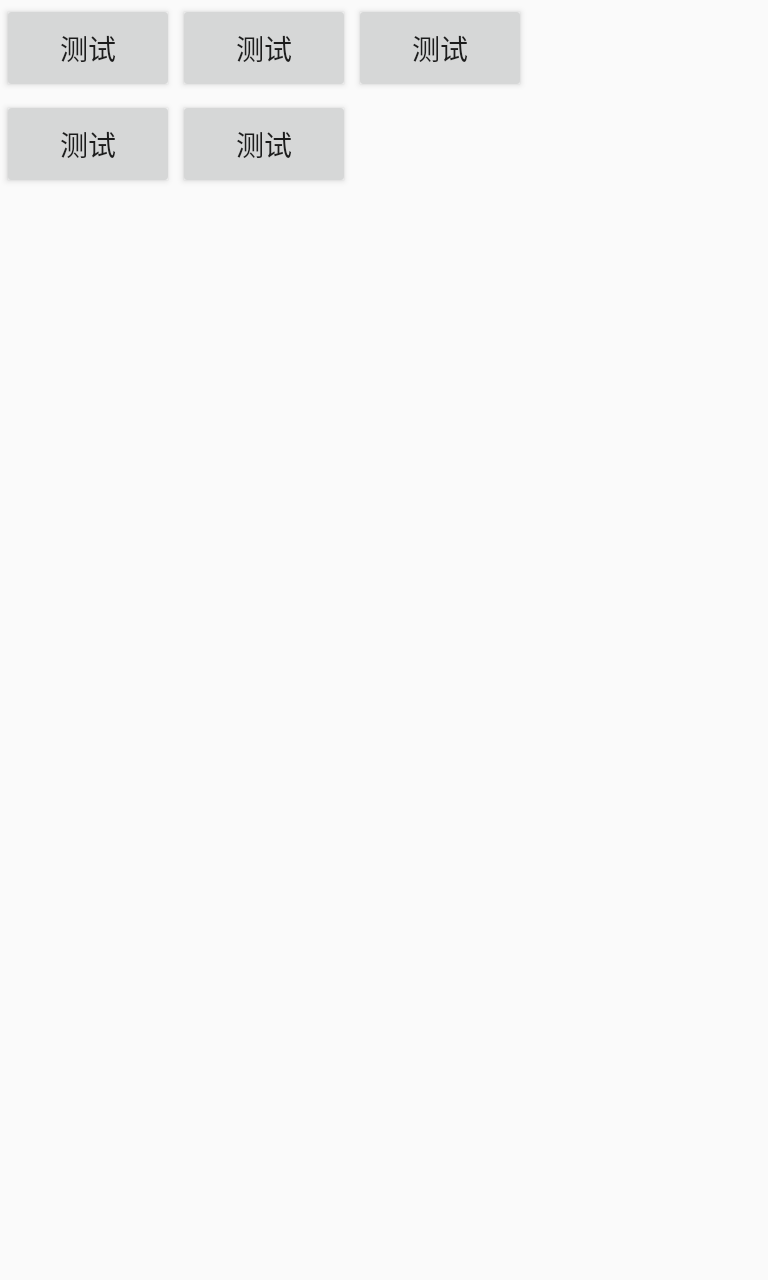
Repository: A207/guanjingjing
Layout: day4/LayoutApp/res/layout/ActivityGridLayout.xml
The author's editor kept a copy of each file at every save. The layout is drawn from the files as they stood at one save, then again after the next save.
It is drawn on a 768 x 1280 px phone screen (xhdpi) without system bars, with theme AppTheme; the app's code is not run.

Above is the layout before, as saved 2015-07-09 11:04:56.

After the next save:
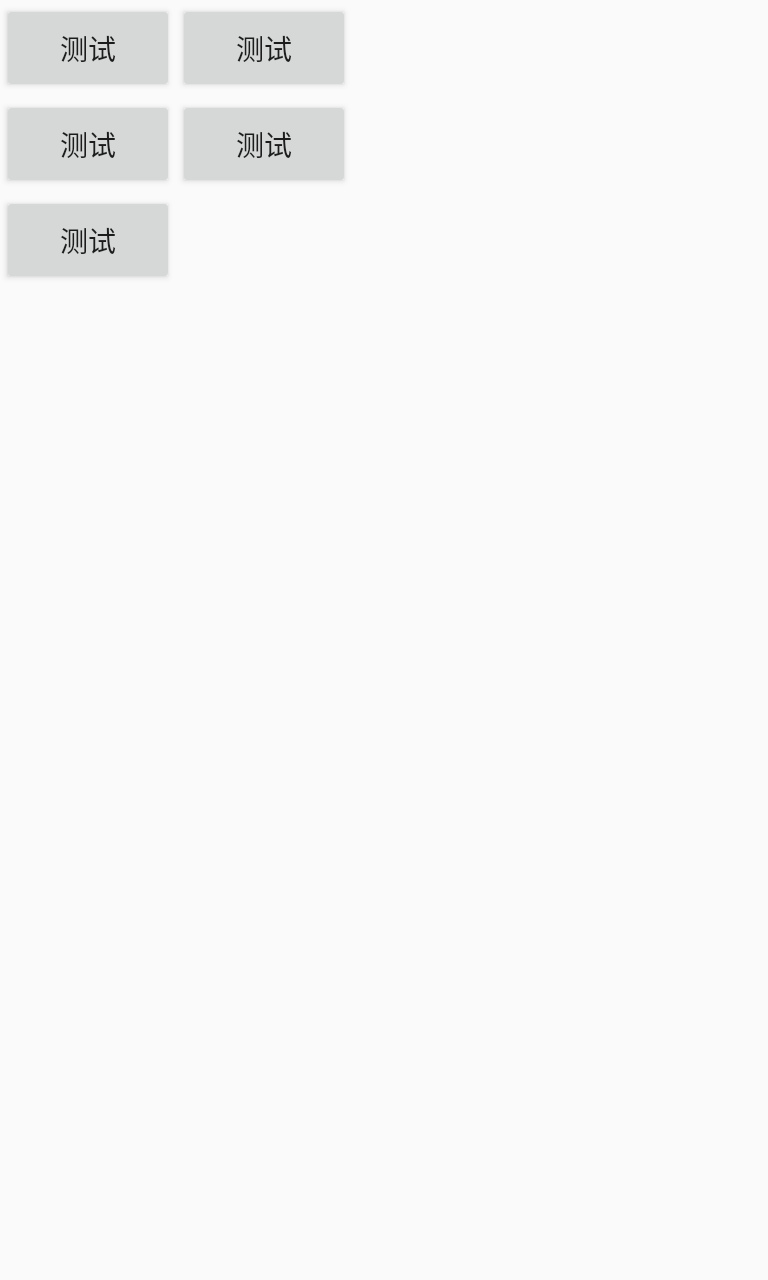
Saved 2 min 31 s later.
--- a/day4/LayoutApp/res/layout/ActivityGridLayout.xml
+++ b/day4/LayoutApp/res/layout/ActivityGridLayout.xml
@@ -2,7 +2,9 @@
 <GridLayout xmlns:android="http://schemas.android.com/apk/res/android"
     		android:layout_width="match_parent"
     		android:layout_height="match_parent"
-    		android:columnCount="3" >
+    		android:orientation="vertical"
+    		android:rowCount="3" >
+    		<!-- android:columnCount="3" -->
     <Button
         android:layout_width="wrap_content"
         android:layout_height="wrap_content"
